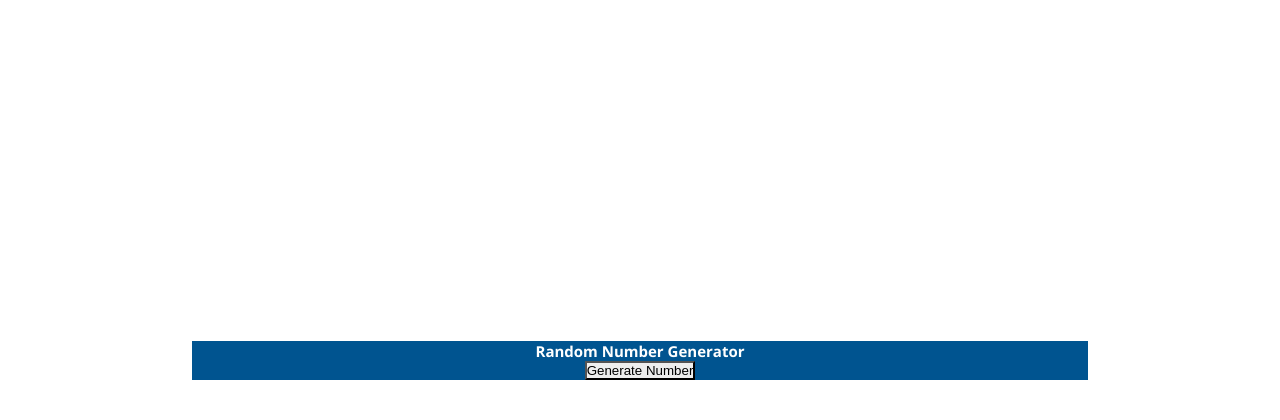
Repository: fakebrianho/100daysJS
Page: day002/index.html
An editor plug-in stored every save of this project. The page is shown before and after a run of saves, followed by the edit.
The browser window is 1280 px wide. The pictures show the whole page.
Some web libraries are served in a nearby version.

Above is the page before, as saved 2023-03-21 19:26:46.

After the next 2 saves:
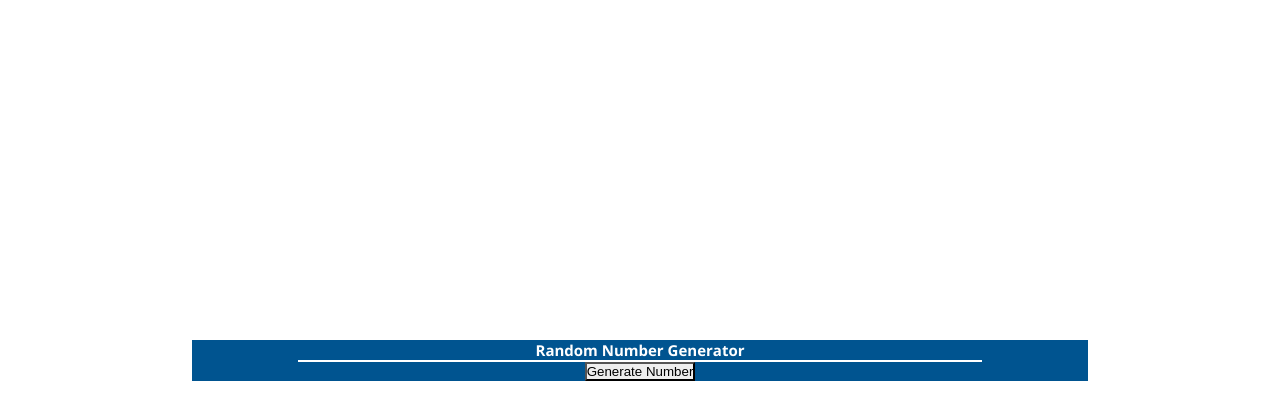
The 2 saves are shown as one change because they came seconds apart.
The last was saved 4 min 13 s later.
--- a/day002/styles.css
+++ b/day002/styles.css
@@ -59,3 +59,9 @@ main {
 	background-color: var(--grey);
 	color: black;
 }
+
+.divider {
+	background-color: white;
+	width: 80%;
+	height: 2px;
+}
